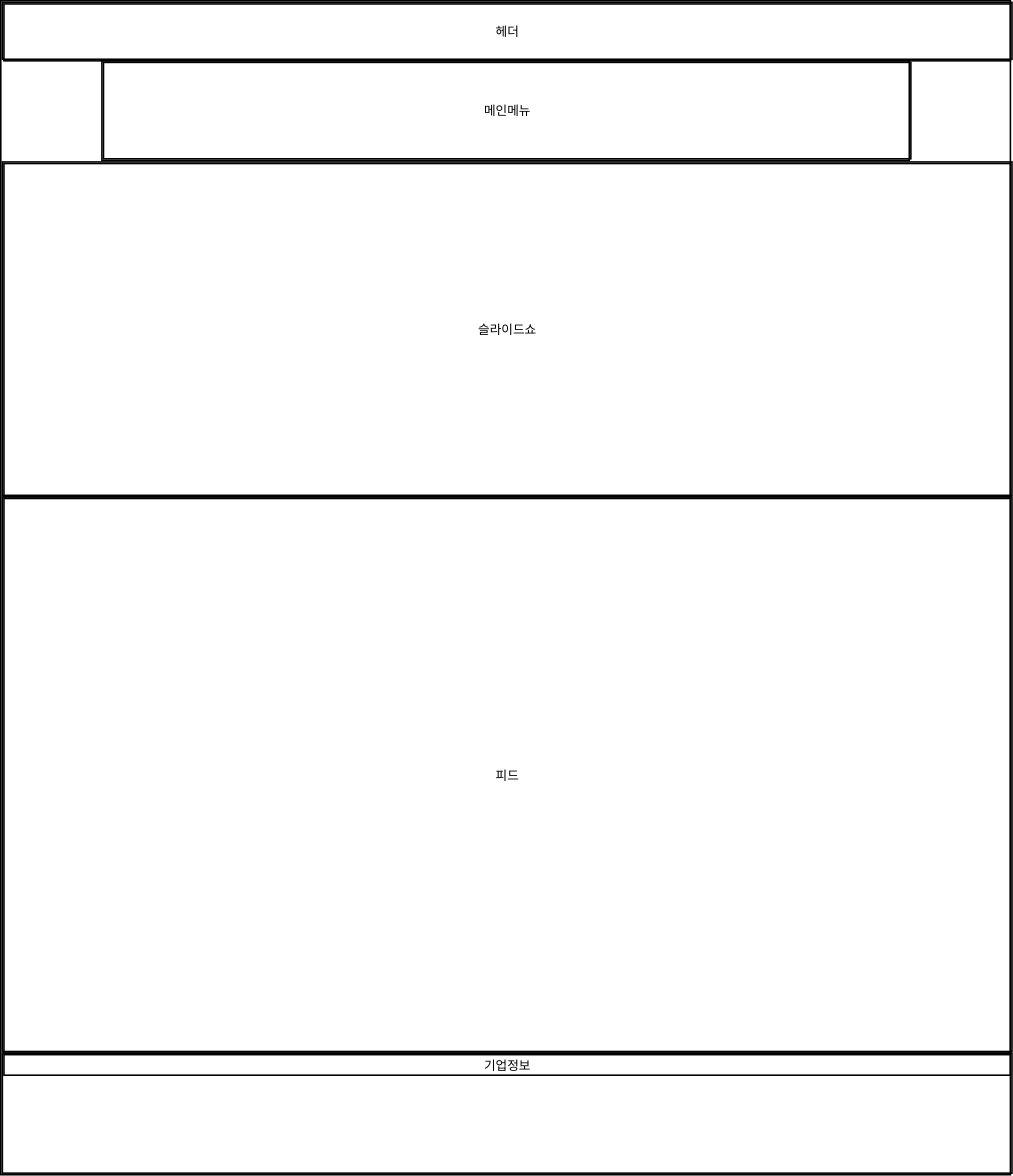
Repository: JHooniie/mini-Project
Page: http://localhost/Project-UIUX/index.jsp
These files come from the project's save history. The page is drawn as it stood at one moment and after the next save; the edit follows.
The browser window is 1280 px wide. The page is 1282 px wide, so the pictures cover 1282 px, including what lies to the right of the window. The pictures show the whole page, at 79% of full size.
The page is served by Tomcat 9.

Above is the page before, as saved 2022-07-02 08:39:13.

After the next save:
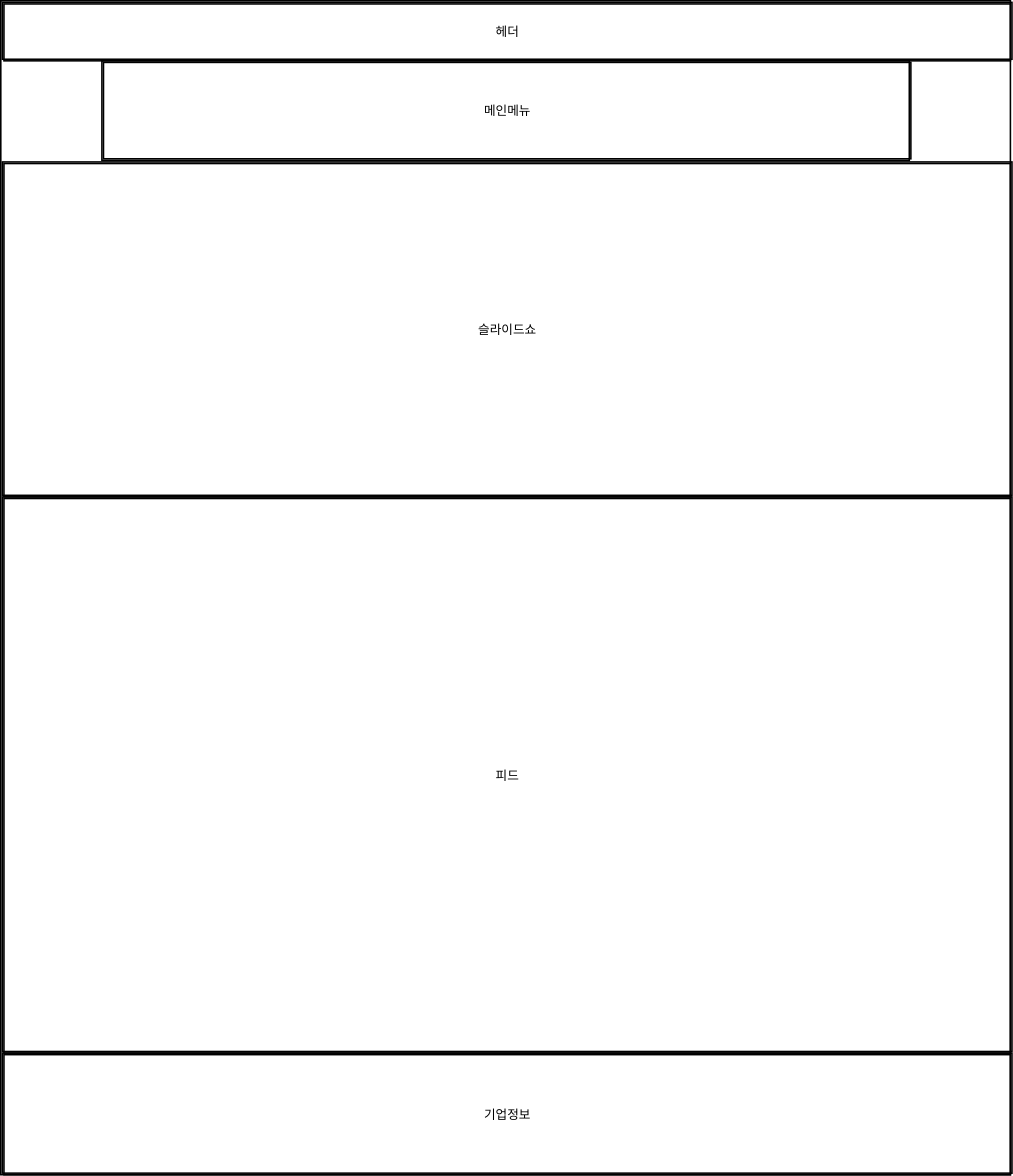
Saved 4 s later.
--- a/Project-UIUX/src/main/webapp/css/index.css
+++ b/Project-UIUX/src/main/webapp/css/index.css
@@ -62,5 +62,6 @@ ul {
 	position:relative;
 	width:100%;
 	height:150px;
+	line-height:150px;
 	margin:0;
 }
